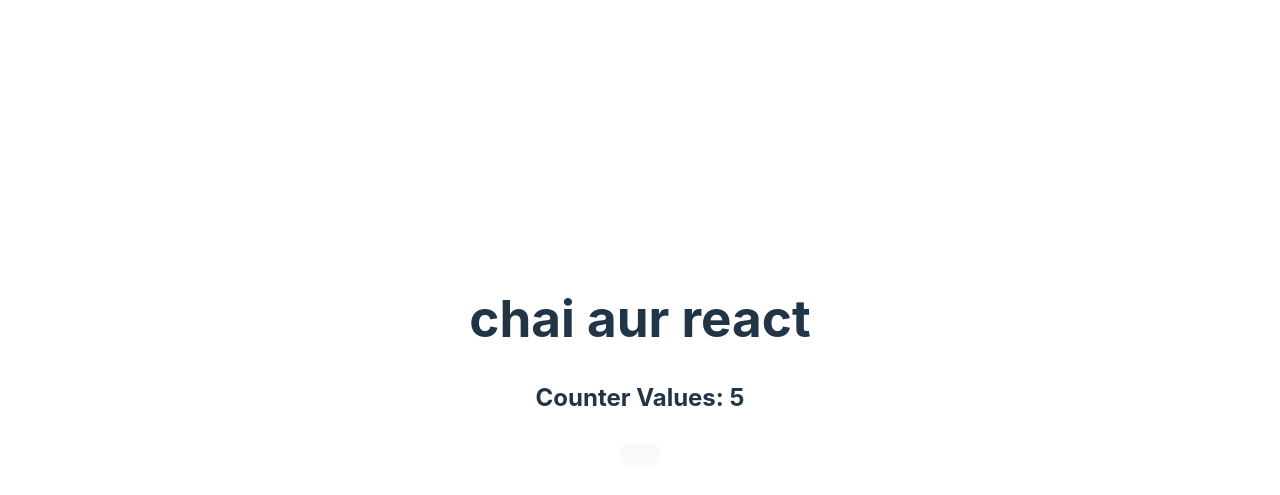
Repository: VishwaGoswami1407/React
Page: / (app in 02Counter/)
The author's editor kept a copy of each file at every save. The page is drawn from the files as they stood at one save, then again after a run of saves.
The browser window is 1280 px wide. The pictures show the whole page.
The project was rebuilt for these pictures with package versions that can differ from the ones it lists, and the page was loaded fresh each time. Also part of the build but not shown: 02Counter/vite.config.js.

Above is the page before, as saved 2024-10-25 23:12:40.

### 02Counter/src/App.jsx
import { useState } from 'react'
import './App.css'

function App() {
  const [count, setCount] = useState(0)

  return (
   <>
      <h1>chai aur react</h1>
      <h2>Counter Values: 5</h2>

      <button></button>
   </>
  )
}

export default App

Loaded but not shown: 02Counter/index.html (common file); 02Counter/src/main.jsx (common file); 02Counter/src/index.css (common file); 02Counter/src/App.css (common file)

After the next 2 saves:
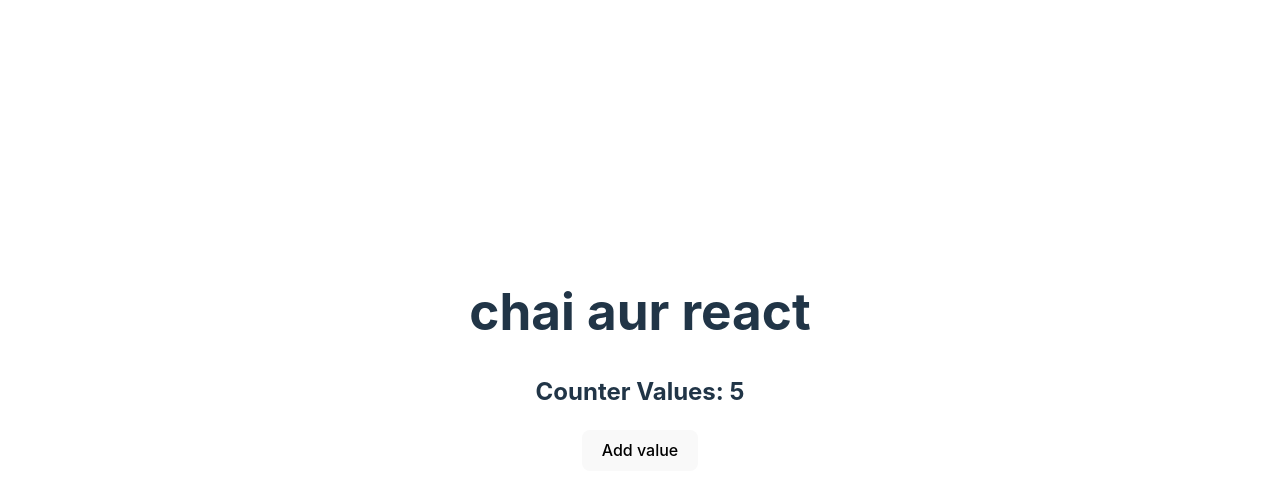
The 2 saves are shown as one change because they came seconds apart.
The last was saved 11 s later.
--- a/02Counter/src/App.jsx
+++ b/02Counter/src/App.jsx
@@ -9,7 +9,7 @@
       <h1>chai aur react</h1>
       <h2>Counter Values: 5</h2>
 
-      <button></button>
+      <button>Add value</button>
    </>
   )
 }
